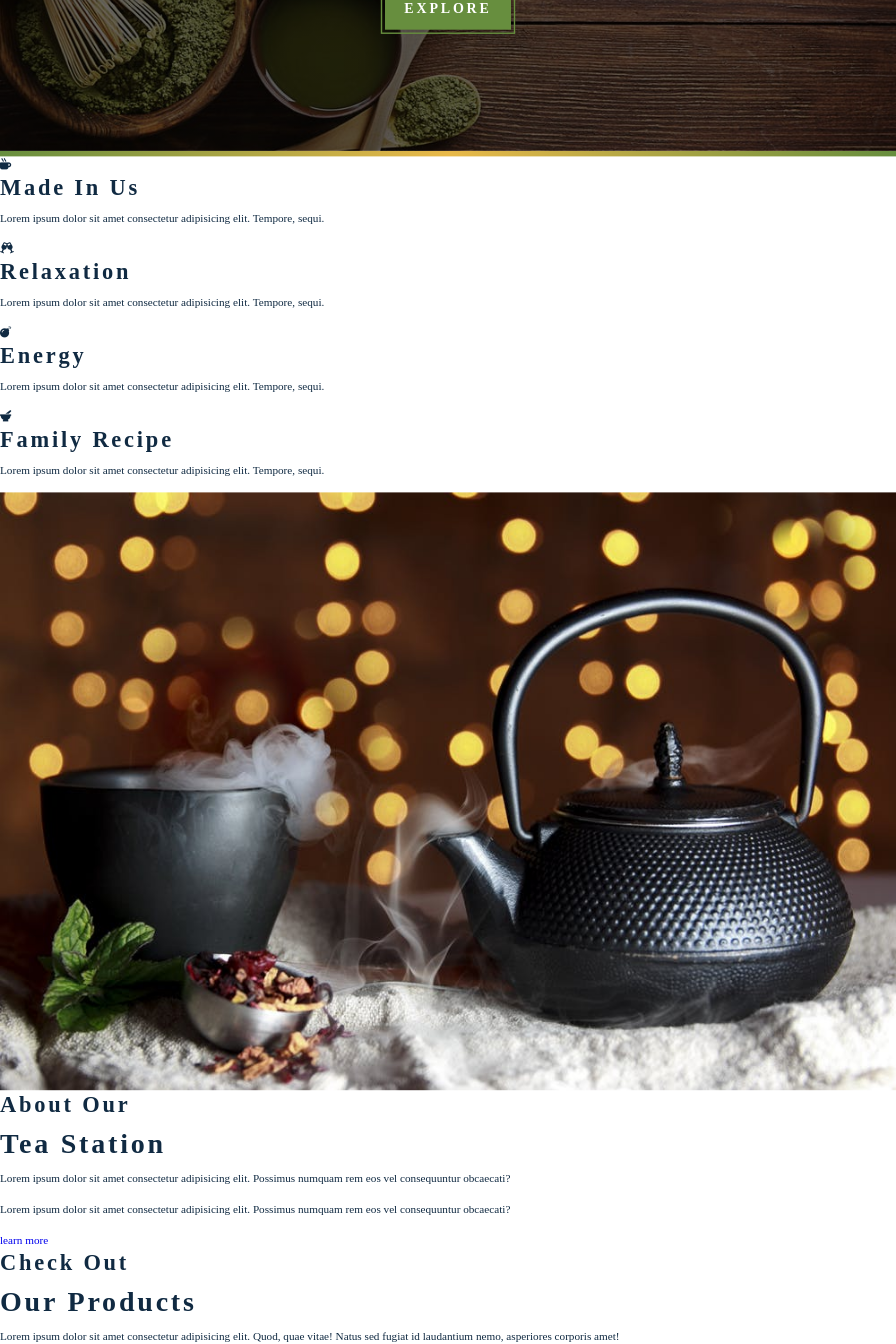
Repository: Ndifoinhilary/building_tea_site
Page: index.html
These files come from the project's save history. The page is drawn as it stood at one moment and after the next save; the edit follows.
The browser window is 1280 px wide. The pictures show the part of the page from y = 649 to 2569 px (the page is 6270 px tall before and 6190 px after), at 70% of full size.
Backgrounds fixed to the window are drawn as part of the page. Some web fonts or font styles are not loaded; a fallback is used.

Above is the page before, as saved 2024-01-03 18:36:58.

### index.html
<!DOCTYPE html>
<html lang="en">

<head>
  <meta charset="UTF-8" />
  <meta name="viewport" content="width=device-width, initial-scale=1.0" />
  <meta http-equiv="X-UA-Compatible" content="ie=edge" />
  <title>Tea Station || Home</title>
  <!-- font-awesome -->
  <link rel="stylesheet" href="./fontawesome-free-5.7.2-web/css/all.css" />
  <!-- custom css -->
  <link rel="stylesheet" href="./css/styles.css" />
</head>

<body>
  <!-- nav button -->
  <span class="nav-btn" id="nav-btn">
    <i class="fas fa-bars"></i>
  </span>
  <!-- nav -->
  <nav class="navbar" id="navbar">
    <div class="navbar-header">
      <span class="nav-close" id="nav-close">
        <i class="fas fa-times"></i>
      </span>
    </div>
    <ul class="nav-items">
      <li><a href="index.html" class="nav-link">home</a></li>
      <li><a href="skills.html" class="nav-link">skills</a></li>
      <li><a href="about.html" class="nav-link">about</a></li>
      <li><a href="products.html" class="nav-link">products</a></li>
    </ul>
  </nav>
  <!-- header -->
  <header class="header">
    <div class="banner">
      <h2 class="banner-subtitle">Over one hunred flavors of tea</h2>
      <h1 class="banner-title">specially crafted tea</h1>
      <a href="skills.html" class=" btn banner-btn">explore</a>
    </div>
  </header>

  <div class="content-divider"></div>
  <!-- skills section -->
  <section class="skills clearfix">
    <!-- single skill -->
    <article class="skill">
      <span class="skill-icon">
        <i class="fas fa-mug-hot"></i>
      </span>
      <h3 class="skill-title">made in us</h3>
      <!-- ten words -->
      <p class="skill-text">
        Lorem ipsum dolor sit amet consectetur adipisicing elit. Tempore,
        sequi.
      </p>
    </article>
    <!-- end of single skill -->
    <!-- single skill -->
    <article class="skill">
      <span class="skill-icon">
        <i class="fas fa-glass-cheers"></i>
      </span>
      <h3 class="skill-title">relaxation</h3>
      <!-- ten words -->
      <p class="skill-text">
        Lorem ipsum dolor sit amet consectetur adipisicing elit. Tempore,
        sequi.
      </p>
    </article>
    <!-- end of single skill -->
    <!-- single skill -->
    <article class="skill">
      <span class="skill-icon">
        <i class="fas fa-bomb"></i>
      </span>
      <h3 class="skill-title">energy</h3>
      <!-- ten words -->
      <p class="skill-text">
        Lorem ipsum dolor sit amet consectetur adipisicing elit. Tempore,
        sequi.
      </p>
    </article>
    <!-- end of single skill -->
    <!-- single skill -->
    <article class="skill">
      <span class="skill-icon">
        <i class="fas fa-mortar-pestle"></i>
      </span>
      <h3 class="skill-title">family recipe</h3>
      <!-- ten words -->
      <p class="skill-text">
        Lorem ipsum dolor sit amet consectetur adipisicing elit. Tempore,
        sequi.
      </p>
    </article>
    <!-- end of single skill -->
  </section>
  <!--end of skills section -->
  <!-- about -->
  <section class="about">
    <div class="section-center clearfix">
      <article class="about-img">
        <div class="about-picture-container">
          <img src="./images/about-bcg.jpeg" alt="tea kettle" class="about-picture" />
        </div>
      </article>
      <article class="about-info">
        <!-- section title -->
        <div>
          <h3 class="section-subtitle">about our</h3>
          <h2 class="section-title">tea station</h2>
        </div>
        <!-- section title -->
        <p class="about-text">
          Lorem ipsum dolor sit amet consectetur adipisicing elit. Possimus
          numquam rem eos vel consequuntur obcaecati?
        </p>
        <p class="about-text">
          Lorem ipsum dolor sit amet consectetur adipisicing elit. Possimus
          numquam rem eos vel consequuntur obcaecati?
        </p>
        <a href="about.html" class="main-btn">learn more</a>
      </article>
    </div>
  </section>
  <!-- end of about -->
  <!-- products -->
  <section class="products">
    <div class="section-center clearfix">
      <!-- products info  -->
      <article class="products-info">
        <!-- title -->
        <div>
          <h3 class="section-subtitle">check out</h3>
          <h2 class="section-title text-white">our products</h2>
        </div>
        <!-- end of title -->
        <p class="product-text">
          Lorem ipsum dolor sit amet consectetur adipisicing elit. Quod, quae
          vitae! Natus sed fugiat id laudantium nemo, asperiores corporis
          amet!
        </p>
        <a href="products.html" class="main-btn">inventory</a>
      </article>
      <!-- end of products info -->
      <!-- products inventory -->
      <article class="products-inventory clearfix">
        <!-- single product -->
        <div class="product">
          <img src="./images/product-1.jpeg" alt="single product" class="product-img" />
          <h3 class="product-title">product title</h3>
          <h3 class="product-price">$6.99</h3>
        </div>
        <!--end of single product -->
        <!-- single product -->
        <div class="product">
          <img src="./images/product-2.jpeg" alt="single product" class="product-img" />
          <h3 class="product-title">product title</h3>
          <h3 class="product-price">$6.99</h3>
        </div>
        <!--end of single product -->
        <!-- single product -->
        <div class="product">
          <img src="./images/product-3.jpeg" alt="single product" class="product-img" />
          <h3 class="product-title">product title</h3>
          <h3 class="product-price">$6.99</h3>
        </div>
        <!--end of single product -->
      </article>
      <!--end of  products inventory -->
    </div>
  </section>
  <!-- end of  products -->
  <!-- contact -->
  <section class="contact">
    <div class="section-center clearfix">
      <!-- contact info -->
      <article class="contact-info">
        <!-- contact item -->
        <div class="contact-item">
          <!-- contact text -->
          <h3 class="contact-title">
            <span class="contact-icon">
              <i class="fas fa-location-arrow"></i> </span>address
          </h3>
          <h3 class="contact-text">
            523 N Fairfax Ave, Los Angeles, CA 90048
          </h3>
        </div>
        <!-- end of contact item -->
        <!-- contact item -->
        <div class="contact-item">
          <!-- contact text -->
          <h3 class="contact-title">
            <span class="contact-icon"> <i class="fas fa-envelope"></i> </span>email
          </h3>
          <h3 class="contact-text">email@email.com</h3>
        </div>
        <!-- end of contact item -->
        <!-- contact item -->
        <div class="contact-item">
          <!-- contact text -->
          <h3 class="contact-title">
            <span class="contact-icon">
              <i class="fas fa-location-arrow"></i> </span>telephone
          </h3>
          <h3 class="contact-text">+ 123 456 789</h3>
        </div>
        <!-- end of contact item -->
      </article>
      <article class="contact-form">
        <form action="https://formspree.io/learncodetutorial@gmail.com" method="POST" class="form-group">
          <input type="text" name="name" placeholder="name" class="form-control" />
          <input type="email" name="email" placeholder="email" class="form-control" />
          <textarea name="message" placeholder="message" class="form-control" rows="5"></textarea>
          <button class="main-btn">send</button>
        </form>
      </article>
      <!-- end of contact info -->
    </div>
  </section>
  <!-- end o fcontact -->
  <footer class="footer">
    <div class="section-center">
      <div class="social-icons">
        <!-- social icon -->
        <a href="#" class="social-icon">
          <i class="fab fa-facebook"></i>
        </a>
        <!-- end of social icon -->
        <!-- social icon -->
        <a href="#" class="social-icon">
          <i class="fab fa-twitter"></i>
        </a>
        <!-- end of social icon -->
        <!-- social icon -->
        <a href="#" class="social-icon">
          <i class="fab fa-instagram"></i>
        </a>
        <!-- end of social icon -->
      </div>
      <p class="footer-text">
        &copy;2019 <span class="text-primary">tea station</span>. all rights
        reserved
      </p>
    </div>
  </footer>
  <script src="app.js"></script>
</body>

</html>

### css/styles.css
@import url("https://fonts.googleapis.com/css?family=Catamaran:400,700|Grand+Hotel");

* {
  margin: 0;
  padding: 0;
  box-sizing: border-box;
}

/*================
Global variables
===================
*/

:root{
  --clr-primary:#678e3e;
  --clr-primary-light:#beed8c;
  --clr-grey-1:#102a42;
  --clr-grey-5:#617d98;
  --clr-grey-10:#f1f5f8;
  --clr-white:#fff;
  --ff-primary:"Catamaran",sans-serif;
  --ff-secondary:"Grand Hotel", cursive;
  --transition: all 0.3s linear ;
  --spacing:0.25rem;
  --radius:0.5rem;
}


body{
  font-family: var(--clr-primary);
  background: var(--clr-white);
  color: var(--clr-grey-1);
  line-height: 1.5;
  font-size: 0.875rem;
}

a{
  text-decoration: none;
}

img{
  width: 100%;
  display: block;
}
h1,h2,h3,h4{
  letter-spacing: var(--spacing);
  text-transform: capitalize;
  line-height: 1.25;
  margin-bottom: 0.75rem;
}

h1{
  font-size: 3rem;
}
h2{
  font-size: 2rem;
}
h3{
  font-size: 1.5rem;
}
h4{
  font-size: 0.875rem;
}

p{
  margin-bottom: 1.25rem;
}
@media screen and (min-width:800px) {
  h1{
    font-size: 4rem;
  }
  h2{
    font-size: 2.5rem;
  }
  h3{
    font-size: 2rem;
  }
  h4{
    font-size: 1rem;
  }
  body{
    font-size: 1rem;
  }
  h1,h2,h3,h4{
    line-height: 1.25;

  }
}
/*
more css
 */

 .btn{
  text-transform: uppercase;
  background: var(--clr-primary);
  color: var(--clr-white);
  padding: 0.75rem, 1rem;
  letter-spacing: var(--spacing);
  display: inline-block;
  font-weight:700 ;
  transition: var(--transition);
  font-size: 1rem;
  border: none;
  cursor: pointer;
  box-shadow: 0 1px 3px rgba(0, 0, 0,0.2);
 }
.btn:hover {
  color: var(--ff-primary);
  background: var(--clr-primary-light);
}
 /*
 header
  */

  .header{
    min-height: 100vh;
    background: linear-gradient(rgba(0, 0, 0,0.6),rgba(0, 0, 0,0.6)) ,url("/images/main-bcg.jpeg") center/cover no-repeat fixed;
    position: relative;
    /* animation */
    overflow-x: hidden;

  }

  .banner{
    text-align: center;
    position: absolute;
    top: 50%;
    left: 50%;
    transform: translate(-50%,-50%);
  }

  .banner h2{
    font-family: var(--ff-secondary);
    color: var(--clr-primary);
    /* animation */
  }

  .banner h1{
    text-transform: uppercase;
    color: var(--clr-white);
    margin-top: 1.25rem;
    margin-bottom: 2rem;
  }

.banner-btn{
  outline: 0.125rem solid var(--clr-primary);
  outline-offset: 0.25rem;
  font-size: 1.25rem;
  padding:1rem 1.75rem ;
}

.content-divider{
height: 0.5rem;
background: linear-gradient(to left, var(--clr-primary), #e9b949, var(--clr-primary));
}

### app.js
const navBtn = document.getElementById("nav-btn");
const navbar = document.getElementById("navbar");
const navClose = document.getElementById("nav-close");

navBtn.addEventListener("click", () => {
  navbar.classList.add("showNav");
});

navClose.addEventListener("click", () => {
  navbar.classList.remove("showNav");
});

Loaded but not shown: fontawesome-free-5.7.2-web/css/all.css (library)

After the next save:
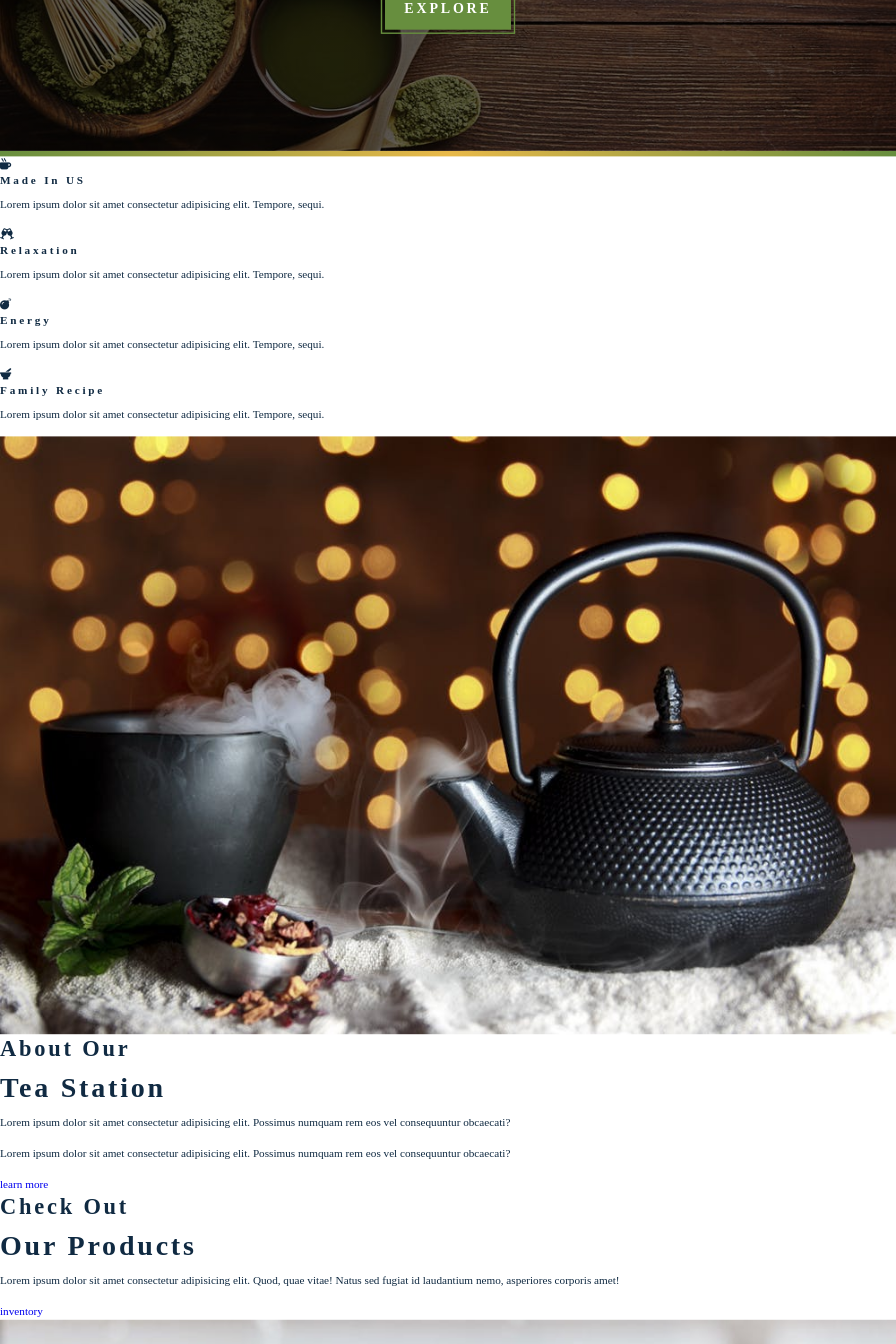
Saved 9 min 21 s later.
--- a/index.html
+++ b/index.html
@@ -48,7 +48,7 @@
       <span class="skill-icon">
         <i class="fas fa-mug-hot"></i>
       </span>
-      <h3 class="skill-title">made in us</h3>
+      <h4 class="skill-title">made in US</h4>
       <!-- ten words -->
       <p class="skill-text">
         Lorem ipsum dolor sit amet consectetur adipisicing elit. Tempore,
@@ -61,7 +61,7 @@
       <span class="skill-icon">
         <i class="fas fa-glass-cheers"></i>
       </span>
-      <h3 class="skill-title">relaxation</h3>
+      <h4 class="skill-title">relaxation</h4>
       <!-- ten words -->
       <p class="skill-text">
         Lorem ipsum dolor sit amet consectetur adipisicing elit. Tempore,
@@ -74,7 +74,7 @@
       <span class="skill-icon">
         <i class="fas fa-bomb"></i>
       </span>
-      <h3 class="skill-title">energy</h3>
+      <h4 class="skill-title">energy</h4>
       <!-- ten words -->
       <p class="skill-text">
         Lorem ipsum dolor sit amet consectetur adipisicing elit. Tempore,
@@ -87,7 +87,7 @@
       <span class="skill-icon">
         <i class="fas fa-mortar-pestle"></i>
       </span>
-      <h3 class="skill-title">family recipe</h3>
+      <h4 class="skill-title">family recipe</h4>
       <!-- ten words -->
       <p class="skill-text">
         Lorem ipsum dolor sit amet consectetur adipisicing elit. Tempore,
